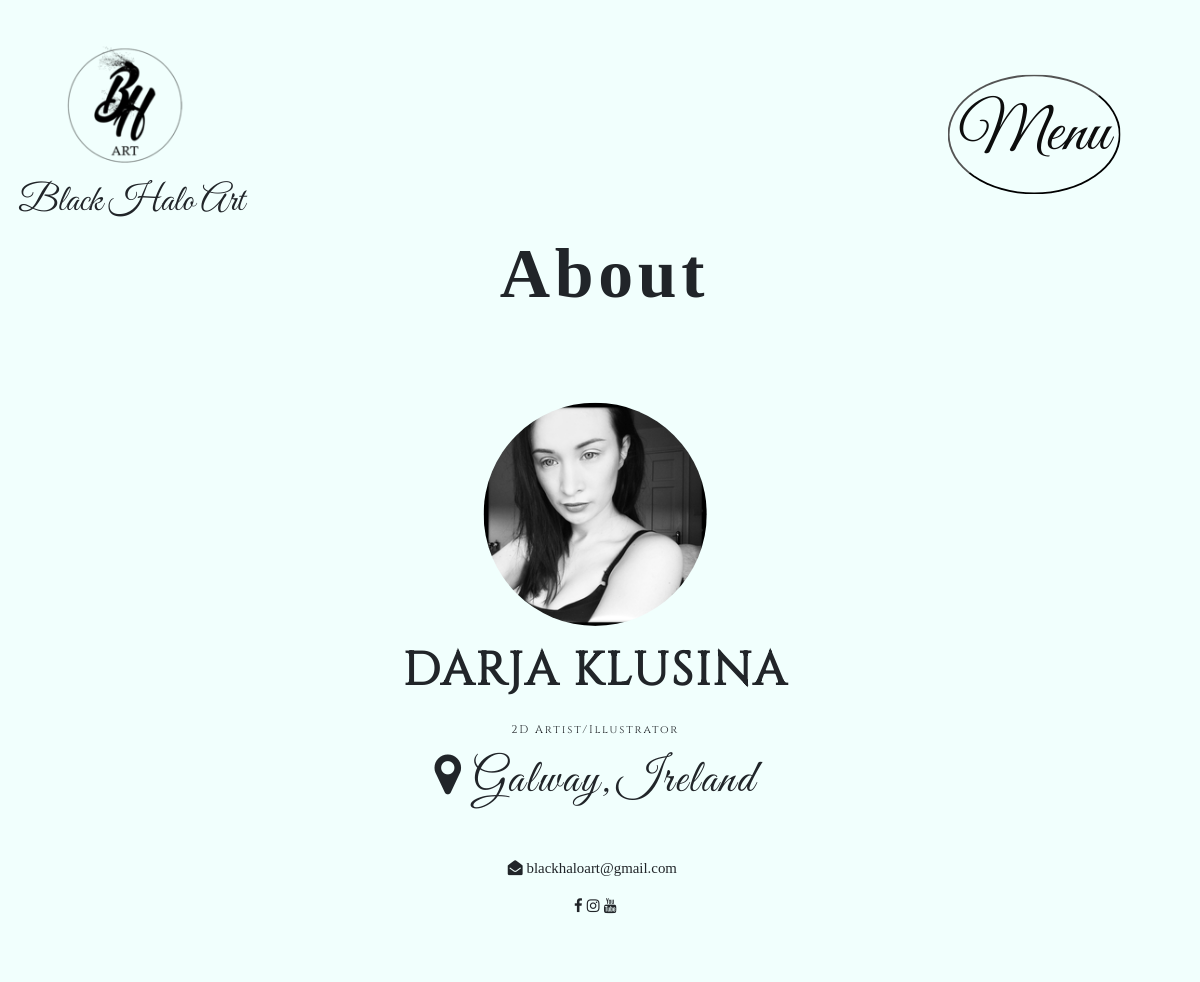
Repository: Cosy-Chaos/project-time
Page: about.html
The author's editor kept a record of every edit. The page is drawn from the files as they stood at one moment, then again after the next edit.
The browser window is 1280 px wide. The page is 1290 px wide, so the pictures cover 1290 px, including what lies to the right of the window. The pictures show the whole page, at 93% of full size.

Above is the page before.

### about.html
<!DOCTYPE html>
<html lang="en">

<head>
    <meta charset="UTF-8">
    <meta name="viewport" content="width=device-width, initial-scale=1.0">
    <meta http-equiv="X-UA-Compatible" content="ie=edge">
    <link href="https://fonts.googleapis.com/css?family=Cinzel|Great+Vibes&display=swap" rel="stylesheet">
    <link rel="stylesheet" href="https://stackpath.bootstrapcdn.com/bootstrap/4.3.1/css/bootstrap.min.css" integrity="sha384-ggOyR0iXCbMQv3Xipma34MD+dH/1fQ784/j6cY/iJTQUOhcWr7x9JvoRxT2MZw1T" crossorigin="anonymous">
    <link rel="stylesheet" href="assets/style_about.css" type="text/css" />
    <link rel="stylesheet" href="https://stackpath.bootstrapcdn.com/font-awesome/4.7.0/css/font-awesome.min.css" type="text/css" />

    <title>Darja Klusina Art</title>
</head>

<body>

    <div class="main-logo">
        <a href="index.html" alt="Main Page"><img src="assets/logo/logo-small.png" alt="Main_Logo"></a></img>
        <div class="name">
            <h1>Black Halo Art</h1>
            <h2>About</h2>
        </div>
        <div class="dropdown">
            <button class="dropbtn">Menu</button>
            <div class="dropdown-content">
                <a href="index.html">Home</a>
                <a href="gallery.html">Gallery</a>
                <a href="about.html">About</a>
                <a href="contact.html">Contact</a>
            </div>
        </div>
    </div>

    <div class="about-main">
        <div class="container-box">
            <img class="circle" width="240" height="240" alt="Darja Klusina" src="assets/pictures/photo_small.jpg"></img>
            <div class="about-name title-font">Darja Klusina</div>
            <div class="about-job-name site-subtitle">2D Artist/Illustrator</div>
            <div class="about-location">
                <span class="fa fa-map-marker">
            </span> Galway,Ireland
            </div>
            <div class="about-email">
                <a href="mailto:blackhaloart@gmail.com">
                <span class="fa fa-envelope-open icon-pad-right">
                    blackhaloart@gmail.com
                </span>
            </a>
            </div>
        </div>
        <div class="about-social">
            <div class="so-item">

                <a href="https://www.facebook.com/blackhaloartist" target="_blank"><i class="fa fa-facebook"></i></a>
                <a href="https://www.instagram.com/blackhaloart/?fbclid=IwAR0IRtwjyj7-B-Tjv5CWjwHUeW9T6ptEm2dCBusSJtjk9olMUAFV6_Zk6og" target="_blank"><i class="fa fa-instagram"></i></a>
                <a href="https://www.youtube.com/channel/UCi3hfkN2DdiEeLvPHpxXXuQ?fbclid=IwAR0wBTjIhNcOKGbDGRSvACz2A8fbxU-7GMN3wKTMOusY2LFUkzb-oG_WCSA" target="_blank"><i class="fa fa-youtube"></i></a>

            </div>
        </div>
    </div>

</body>

</html>

### assets/style_about.css
body {
    background-color: #f1fffd;
}



.main-logo {
    padding-top: 50px;
    padding-left: 20px;
    margin: 0;
    text-align: left;

}

.main-logo img {
    padding-left: 50px;
}

.main-logo h1 {
    font-family: 'Great Vibes', cursive;
    padding-top: 15px;
    text-align: left;
}

.main-logo h2 {
    text-align: center;
    font-family: 'Fredericka the Great', cursive;
    font-size: 75px;
    font-weight: 600;
    letter-spacing: 5px;
}

.dropbtn {
    background-color: transparent;
    font-family: 'Great Vibes', cursive;
    color: #0d0d0d;
    font-size: 70px;
    padding: 10px;
    border-radius: 100%;
}

.dropdown {
    position: absolute;
    top: 80px;
    right: 75px;
    display: inline-block;
}


.dropdown-content {
    display: none;
    position: absolute;
    background-color: transparent;
    min-width: 185px;
    box-shadow: 0px 2px 8px 0px #191970;
    z-index: 1;
}


.dropdown-content a {
    color: #0d0d0d;
    font-family: 'Great Vibes', cursive;
    text-align: center;
    font-size: 40px;
    padding: 12px 16px;
    text-decoration: none;
    display: block;
}


.dropdown-content a:hover {
    background-color: #ddd;
}


.dropdown:hover .dropdown-content {
    display: block;
}


.dropdown:hover .dropbtn {
    background-color: transparent;
}

.about-main {
    text-align: center;
    margin: 0 -0.625rem;
    padding: 5.375rem 0 4.375rem;
    padding-top: 5.375rem;
    padding-right: 0px;
    padding-bottom: 4.375rem;
    padding-left: 0px;
}

.container-box {
    margin-left: auto;
    margin-right: auto;
    padding-left: 0.9375rem;
    padding-right: 0.9375rem;
    width: 100%;
}

.circle {
    border-radius: 50%;
}

.container-box img {

    border-style: none;
}

.about-name {
    font-family: ;
    font-weight: 700;
    text-transform: uppercase;
    margin-top: 0.75rem;
}

.about-name, .title-font {
    font-family: 'Cinzel', serif;
    font-size: 50px;
    letter-spacing: 2px;
}

.about-job-name, .site-subtitle{
    font-family: 'Cinzel', serif;
    font-size: 50px;
    letter-spacing: 2px;
}

.about-position {
    margin-top: -0.375rem;
}

.site-subtitle {
    font-size: 0.75rem;
    color: ;
    margin-top: 0.9375rem;
}

.about-location {
    font-size: 0.875rem;
    margin-top: 0.5662rem;
}

.about-location {
    font-family: 'Great Vibes', cursive;
    font-size: 50px;
    letter-spacing: 2px;
}

.icon-pad-right {
    margin-right: 0.375rem;
}

.fa,
.fa-map-marker {
    -webkit-font-smoothing: antialiased;
    display: inline-block;
    font-style: normal;
    font-variant: normal;
    text-rendering: auto;
    line-height: 1;
}

.about-email {
    margin-top: 2.125rem;
    margin-bottom: 0.4375rem;
}

.about-email a {
    display: inline-block;
    vertical-align: top;
    background: var(--about-link-bg);
    border: 0.0625rem solid var(--social-circle-border);
    color: var(--social-circle-color);
    padding: 0.625rem 1.1875rem;
    border-radius: 1.5rem;
}

a,
.active a {
    color: var(--link-color);
    text-decoration: none;
    -webkit-transition: color 0.25s cubic-bezier(0.45, 0.3, 0.15, 0.95), opacity 0.25s cubic-bezier(0.45, 0.3, 0.15, 0.95);
    transition: color 0.25s cubic-bezier(0.45, 0.3, 0.15, 0.95), opacity 0.25s cubic-bezier(0.45, 0.3, 0.15, 0.95);
}

a {
    background-color: transparent;
}

.icon-pad-right {
    margin-right: 0.375rem;
}

.fa {
    font-weight: 400;

}

.fa,
.fa-envelope-open {
    -webkit-font-smoothing: antialiased;
    display: inline-block;
    font-style: normal;
    font-variant: normal;
    text-rendering: auto;
    line-height: 1;
}

After the next edit:
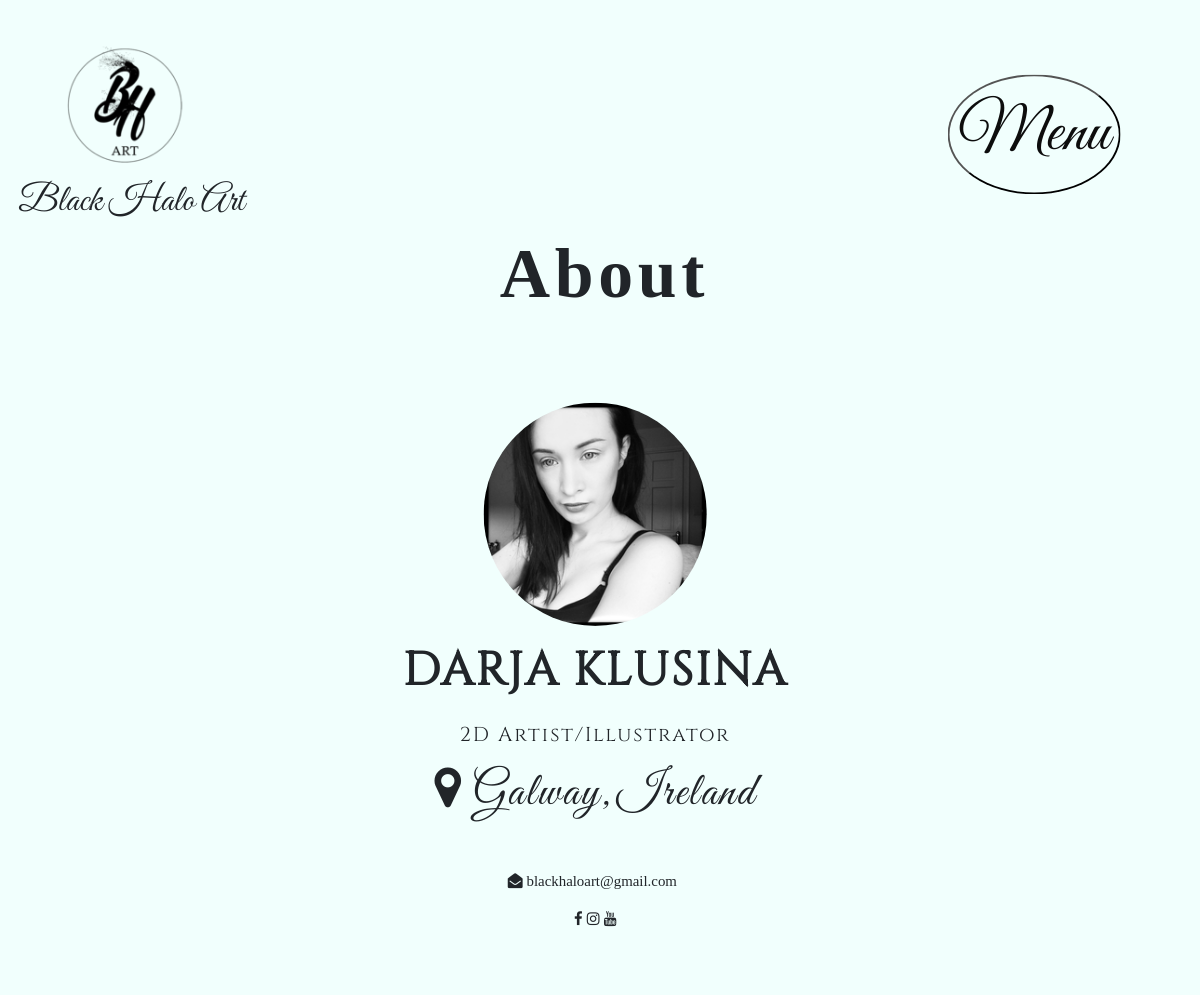
The edit:
--- a/assets/style_about.css
+++ b/assets/style_about.css
@@ -133,7 +133,7 @@
 }
 
 .site-subtitle {
-    font-size: 0.75rem;
+    font-size: 1.35rem;
     color: ;
     margin-top: 0.9375rem;
 }
